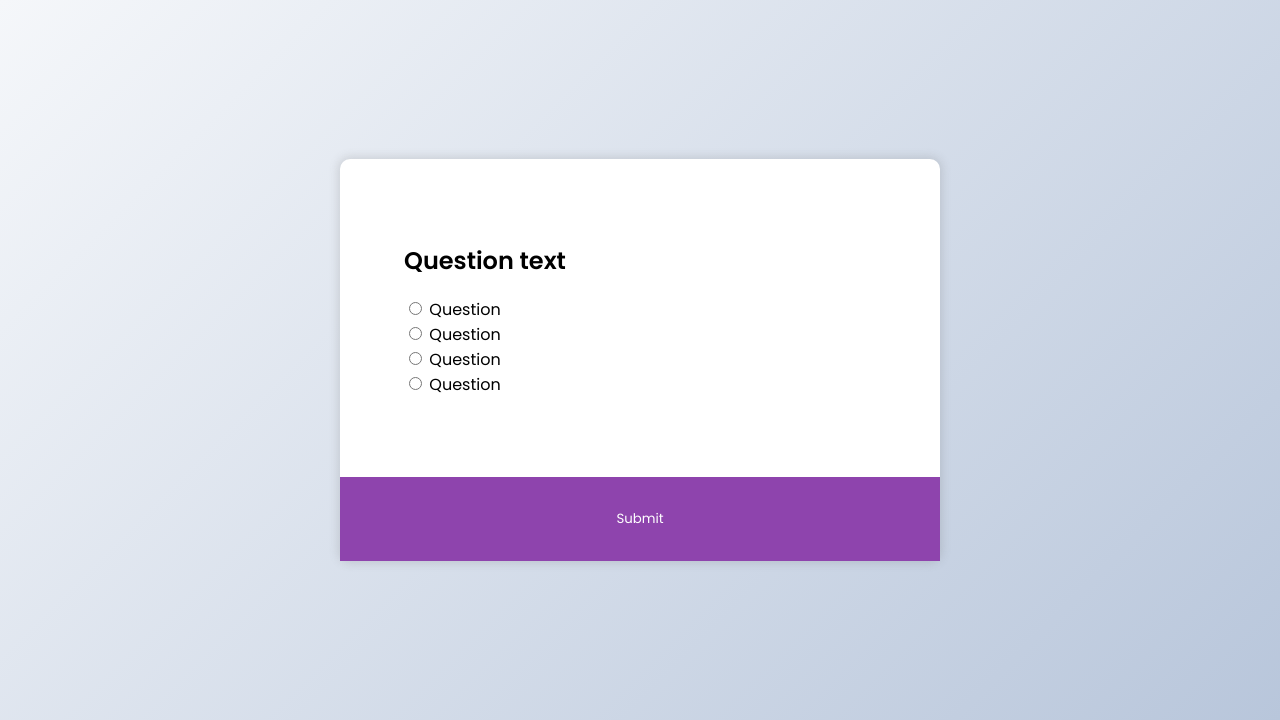
Repository: kate30980/projects-js-practice
Page: quiz-app/index.html
The author's editor kept a copy of each file at every save. The page is drawn from the files as they stood at one save, then again after the next save.
The browser window is 1280 px wide. The pictures show the whole page.

Above is the page before, as saved 2021-09-05 22:06:06.

After the next save:
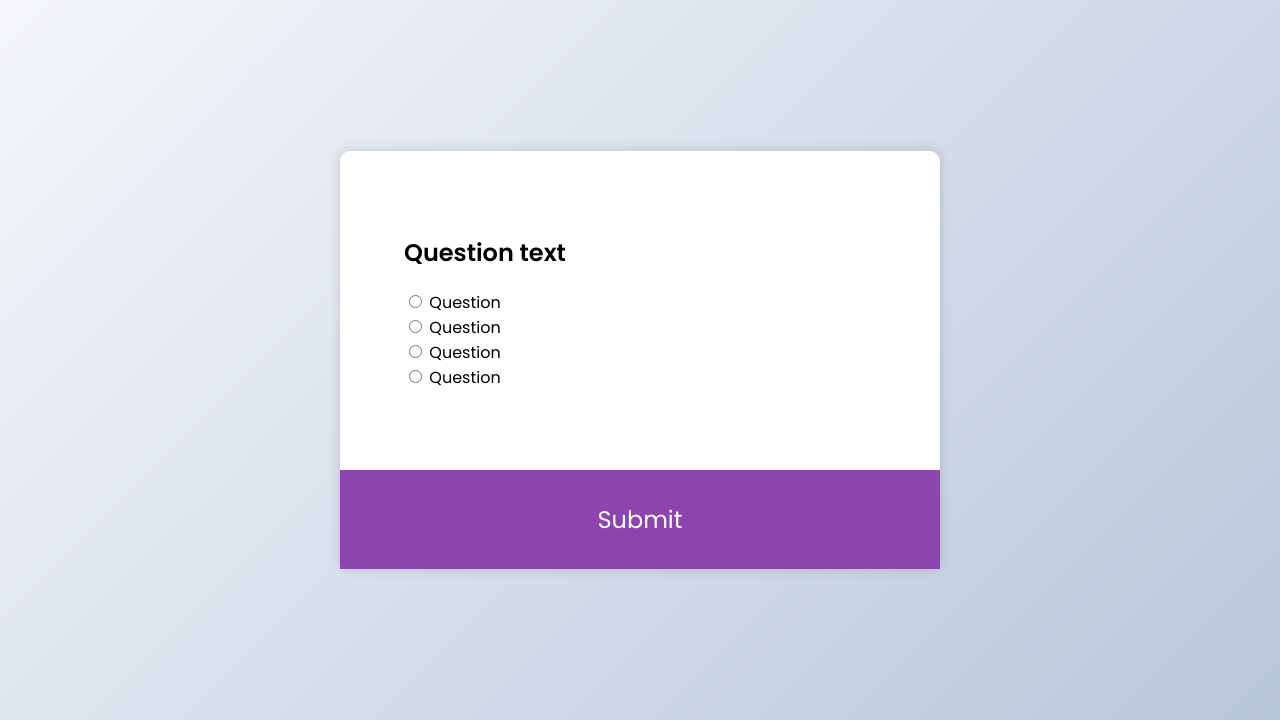
Saved 14 s later.
--- a/quiz-app/style.css
+++ b/quiz-app/style.css
@@ -40,5 +40,5 @@ button{
     color: white;
     font-family: inherit;
     border:none;
-    fz1.5re
+    font-size: 1.5rem;
 }
